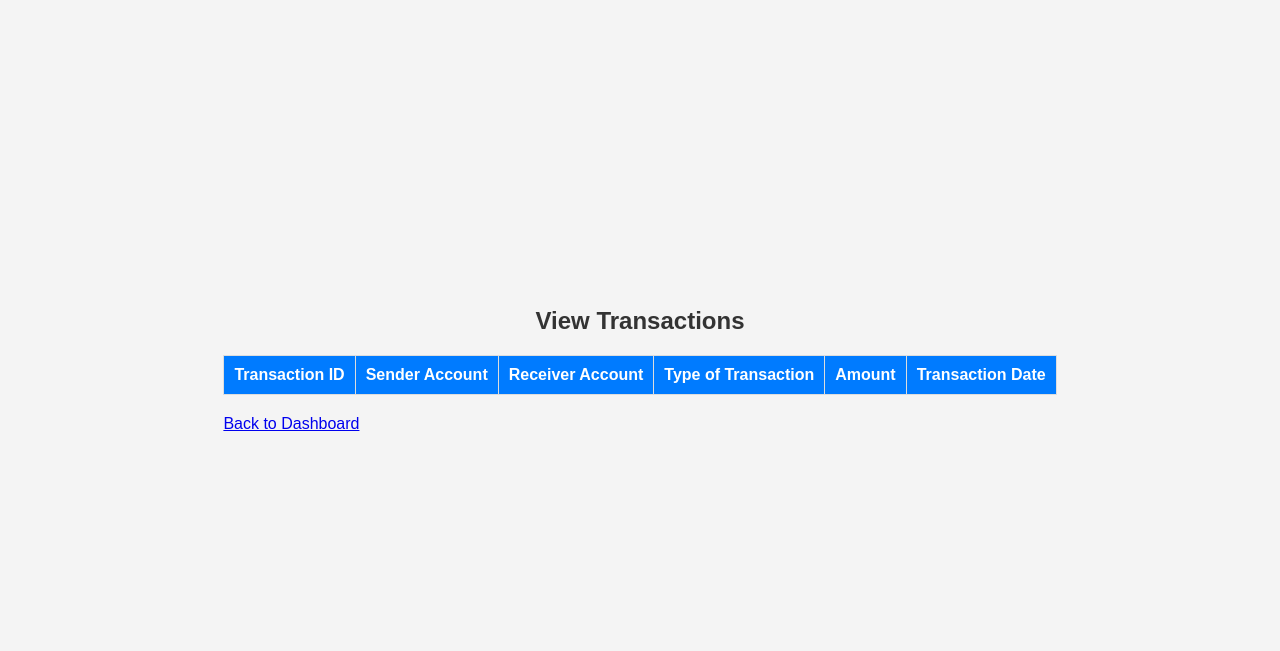
Repository: vinayakGarudi2002/swabhavTrainingProjects
Page: http://localhost/01_banking_application/viewTransactions.jsp
These files come from the project's save history. The page is drawn as it stood at one moment and after the next save; the edit follows.
The browser window is 1280 px wide. The pictures show the whole page.
The page is served by Tomcat 9. Other server files are loaded and not shown. Queries for data that is not in the repository find no rows.

Above is the page before, as saved 2024-08-12 11:08:07.

### 01_banking_application/WebContent/viewTransactions.jsp
<%@page import="java.sql.Connection"%>
<%@ page import="java.util.List" %>
<%@ page import="com.aurionpro.model.TransactionView" %>
<%@ page import="com.aurionpro.operation.TransactionViewOperation" %>
<%@ page import="com.aurionpro.database.DbConnection" %>
<%@ page language="java" contentType="text/html; charset=UTF-8" pageEncoding="UTF-8"%>
<!DOCTYPE html>
<html>
<head>
    <meta charset="UTF-8">
    <title>View Transactions</title>
    <link rel="stylesheet" type="text/css" href="static/css/styles.css">
</head>
<body>
    <div class="transaction-view-container">
        <h2>View Transactions</h2>

        <table>
            <tr>
                <th>Transaction ID</th>
                <th>Sender Account</th>
                <th>Receiver Account</th>
                <th>Type of Transaction</th>
                <th>Amount</th>
                <th>Transaction Date</th>
            </tr>
            <%
                try {
                    Connection connection = DbConnection.connectToDb();
                    TransactionViewOperation transactionViewOperation = new TransactionViewOperation(connection);
                    List<TransactionView> transactionViews = transactionViewOperation.fetchAllTransactionViews();

                    for (TransactionView transaction : transactionViews) {
                        out.println("<tr>");
                        out.println("<td>" + transaction.getTransactionId() + "</td>");
                        out.println("<td>" + transaction.getSenderAccount() + "</td>");
                        String receiverAccount = transaction.getReceiverAccount() == 0 ? "self" :  Long.toString(transaction.getReceiverAccount());
                        out.println("<td>" + receiverAccount + "</td>");
                        out.println("<td>" + transaction.getTypeOfTransaction() + "</td>");
                        out.println("<td>" + transaction.getAmount() + "</td>");
                        out.println("<td>" + transaction.getTransactionDate() + "</td>");
                        out.println("</tr>");
                    }

                    connection.close();
                } catch (Exception e) {
                    e.printStackTrace();
                }
            %>
        </table>
        <a href="adminDashboard.jsp">Back to Dashboard</a>
    </div>
</body>
</html>

### 01_banking_application/src/com/aurionpro/database/DbConnection.java
package com.aurionpro.database;

import java.sql.Connection;
import java.sql.DriverManager;
import java.sql.SQLException;

public class DbConnection {


    private static final String DATABASE_URL = "jdbc:mysql://localhost:3306/bankdb";
    private static final String DATABASE_USER = "root";
    private static final String DATABASE_PASSWORD = "root@123";

    // Method to establish a connection to the database
    public static Connection connectToDb() {
        Connection connection = null;
        try {
            // Load MySQL JDBC Driver
            Class.forName("com.mysql.cj.jdbc.Driver");

            // Establish the connection
            connection = DriverManager.getConnection(DATABASE_URL, DATABASE_USER, DATABASE_PASSWORD);
            System.out.println("Connected to the database successfully.");
        } catch (ClassNotFoundException e) {
            System.err.println("MySQL JDBC Driver not found.");
            e.printStackTrace();
        } catch (SQLException e) {
            System.err.println("Failed to connect to the database.");
            e.printStackTrace();
        }

        return connection;
    }

    // Close the connection
    public void closeConnection(Connection connection) {
        if (connection != null) {
            try {
                connection.close();
                System.out.println("Database connection closed.");
            } catch (SQLException e) {
                System.err.println("Failed to close the database connection.");
                e.printStackTrace();
            }
        }
    }
}

### 01_banking_application/src/com/aurionpro/operation/TransactionViewOperation.java
package com.aurionpro.operation;

import java.sql.Connection;
import java.sql.PreparedStatement;
import java.sql.ResultSet;
import java.util.ArrayList;
import java.util.Date;
import java.util.List;

import com.aurionpro.model.TransactionView;

public class TransactionViewOperation {
    private Connection connection;

    public TransactionViewOperation(Connection connection) {
        this.connection = connection;
    }

    // Method to fetch all transaction views
    public List<TransactionView> fetchAllTransactionViews() {
        List<TransactionView> transactionViews = new ArrayList<>();
        String query = "SELECT t.transaction_id, t.sender_accno, t.reciver_accno, tt.transactionType_name, t.amount, t.date " +
                       "FROM transactions t " +
                       "JOIN transaction_types tt ON t.transactionType_id = tt.transactionType_id "+
                        "ORDER BY t.transaction_id";



        try (PreparedStatement statement = connection.prepareStatement(query)) {
            ResultSet resultSet = statement.executeQuery();

            while (resultSet.next()) {
                int transactionId = resultSet.getInt("transaction_id");
                long senderAccount = resultSet.getLong("sender_accno");
                long receiverAccount = resultSet.getLong("reciver_accno");
                String typeOfTransaction = resultSet.getString("transactionType_name");
                double amount = resultSet.getDouble("amount");
                Date transactionDate = resultSet.getDate("date");

                TransactionView transactionView = new TransactionView(transactionId, senderAccount, receiverAccount, typeOfTransaction, amount, transactionDate);
                transactionViews.add(transactionView);
            }
        } catch (Exception e) {
            e.printStackTrace();
        }

        return transactionViews;
    }

    // Method to fetch transactions based on a given account number
    public List<TransactionView> fetchTransactionsByAccountNumber(long accountNumber) {
        List<TransactionView> transactionViews = new ArrayList<>();
        String query = "SELECT t.transaction_id, t.sender_accno, t.reciver_accno, tt.transactionType_name, t.amount, t.date " +
                       "FROM transactions t " +
                       "JOIN transaction_types tt ON t.transactionType_id = tt.transactionType_id " +
                       "WHERE  t.sender_accno = ? "+
                       "ORDER BY t.transaction_id";

        try (PreparedStatement statement = connection.prepareStatement(query)) {
            statement.setLong(1, accountNumber);

            ResultSet resultSet = statement.executeQuery();

            while (resultSet.next()) {
                int transactionId = resultSet.getInt("transaction_id");
                long senderAccount = resultSet.getLong("sender_accno");
                long receiverAccount = resultSet.getLong("reciver_accno");
                String typeOfTransaction = resultSet.getString("transactionType_name");
                double amount = resultSet.getDouble("amount");
                Date transactionDate = resultSet.getDate("date");

                TransactionView transactionView = new TransactionView(transactionId, senderAccount, receiverAccount, typeOfTransaction, amount, transactionDate);
                transactionViews.add(transactionView);
            }
        } catch (Exception e) {
            e.printStackTrace();
        }

        return transactionViews;
    }
}

### 01_banking_application/WebContent/static/css/styles.css
/* styles.css */
body {
    font-family: Arial, sans-serif;
    background-color: #f4f4f4;
    display: flex;
    justify-content: center;
    align-items: center;
    height: 100vh;
    margin: 0;
}

.login-container {
    background-color: #fff;
    padding: 20px;
    border-radius: 5px;
    box-shadow: 0 0 10px rgba(0, 0, 0, 0.1);
    width: 300px;
}

h2 {
    margin-bottom: 20px;
    font-size: 24px;
    color: #333;
    text-align: center;
}

.form-group {
    margin-bottom: 15px;
}

label {
    display: block;
    margin-bottom: 5px;
    color: #555;
}

input[type="email"],
input[type="password"] {
    width: 100%;
    padding: 8px;
    box-sizing: border-box;
    border: 1px solid #ddd;
    border-radius: 4px;
}

button {
    width: 100%;
    padding: 10px;
    background-color: #007bff;
    color: white;
    border: none;
    border-radius: 4px;
    cursor: pointer;
    font-size: 16px;
}

button:hover {
    background-color: #0056b3;
}

.error-message {
    color: red;
    margin-top: 10px;
    text-align: center;
}

/* Additional styles for dashboard */
.dashboard-container {
    background-color: #fff;
    padding: 20px;
    border-radius: 5px;
    box-shadow: 0 0 10px rgba(0, 0, 0, 0.1);
    width: 400px;
    margin: 50px auto;
    text-align: center;
}

.admin-actions {
    list-style-type: none;
    padding: 0;
    margin: 20px 0;
}

.admin-actions li {
    margin: 10px 0;
}

.admin-actions a {
    text-decoration: none;
    color: #007bff;
    font-size: 18px;
}

.admin-actions a:hover {
    text-decoration: underline;
}

button {
    width: 100%;
    padding: 10px;
    background-color: #dc3545;
    color: white;
    border: none;
    border-radius: 4px;
    cursor: pointer;
    font-size: 16px;
    margin-top: 20px;
}

button:hover {
    background-color: #c82333;
}

/* add customer   */
.form-container {
    background-color: #fff;
    padding: 20px;
    border-radius: 5px;
    box-shadow: 0 0 10px rgba(0, 0, 0, 0.1);
    width: 400px;
    margin: 50px auto;
    text-align: left;
}

.form-container h2 {
    text-align: center;
    margin-bottom: 20px;
}

.form-container label {
    display: block;
    margin-bottom: 5px;
    font-weight: bold;
}

.form-container input[type="text"],
.form-container input[type="email"],
.form-container input[type="password"] {
    width: 100%;
    padding: 10px;
    margin-bottom: 20px;
    border: 1px solid #ccc;
    border-radius: 4px;
}

.form-container button {
    width: 100%;
    padding: 10px;
    background-color: #007bff;
    color: white;
    border: none;
    border-radius: 4px;
    cursor: pointer;
    font-size: 16px;
}

.form-container button:hover {
    background-color: #0056b3;
}

.error-message {
    color: red;
    font-weight: bold;
    margin-top: 20px;
    text-align: center;
}

.succes-message {
    color: green;
    font-weight: bold;
    margin-top: 20px;
    text-align: center;
}



/*vew all customer  */

  .customer-view-container {
            background-color: #fff;
            padding: 20px;
            border-radius: 5px;
            box-shadow: 0 0 10px rgba(0, 0, 0, 0.1);
            width: 600px;
            margin: 50px auto;
        }

        .customer-view-container h2 {
            text-align: center;
            margin-bottom: 20px;
            color: #333;
        }

        table {
            width: 100%;
            border-collapse: collapse;
            margin-bottom: 20px;
        }

        table th, table td {
            border: 1px solid #ddd;
            padding: 10px;
            text-align: center;
        }

        table th {
            background-color: #007bff;
            color: white;
        }

        table td {
            background-color: #f9f9f9;
            color: #333;
        }

After the next save:
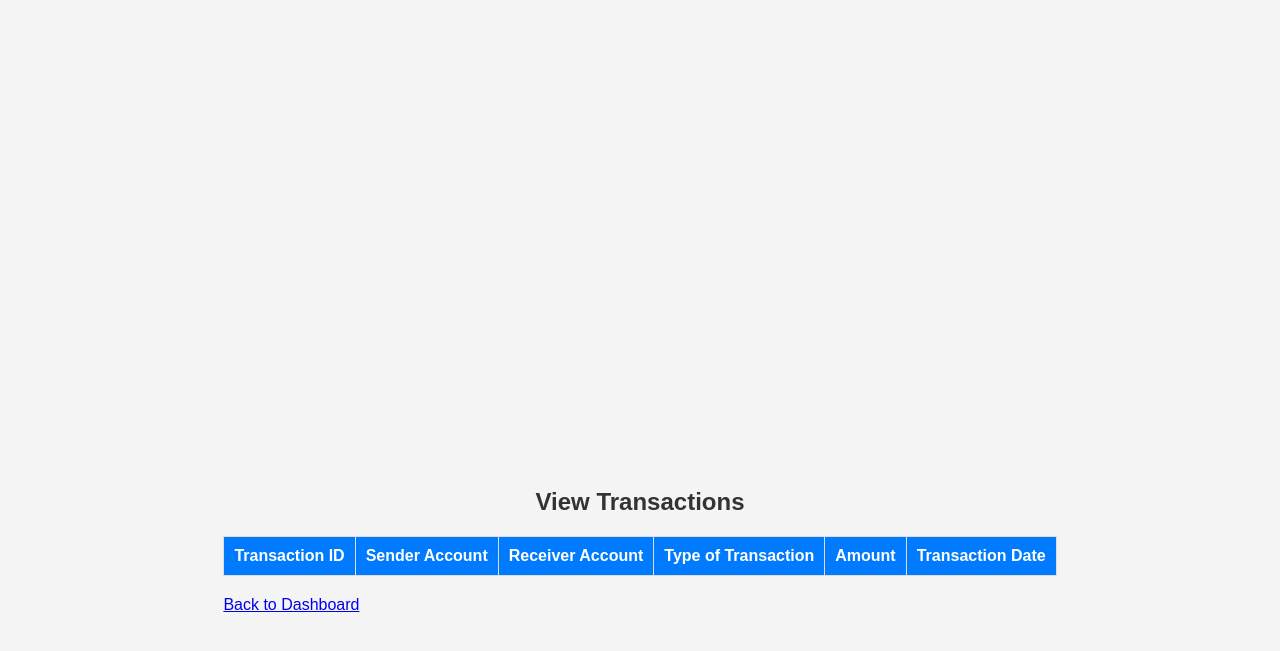
Saved 6 min 46 s later.
--- a/01_banking_application/WebContent/viewTransactions.jsp
+++ b/01_banking_application/WebContent/viewTransactions.jsp
@@ -11,6 +11,13 @@
     <title>View Transactions</title>
     <link rel="stylesheet" type="text/css" href="static/css/styles.css">
 </head>
+
+<style>
+    .transaction-view-container{
+    padding: 13px;
+    margin-top: 363px;
+}
+</style>
 <body>
     <div class="transaction-view-container">
         <h2>View Transactions</h2>
